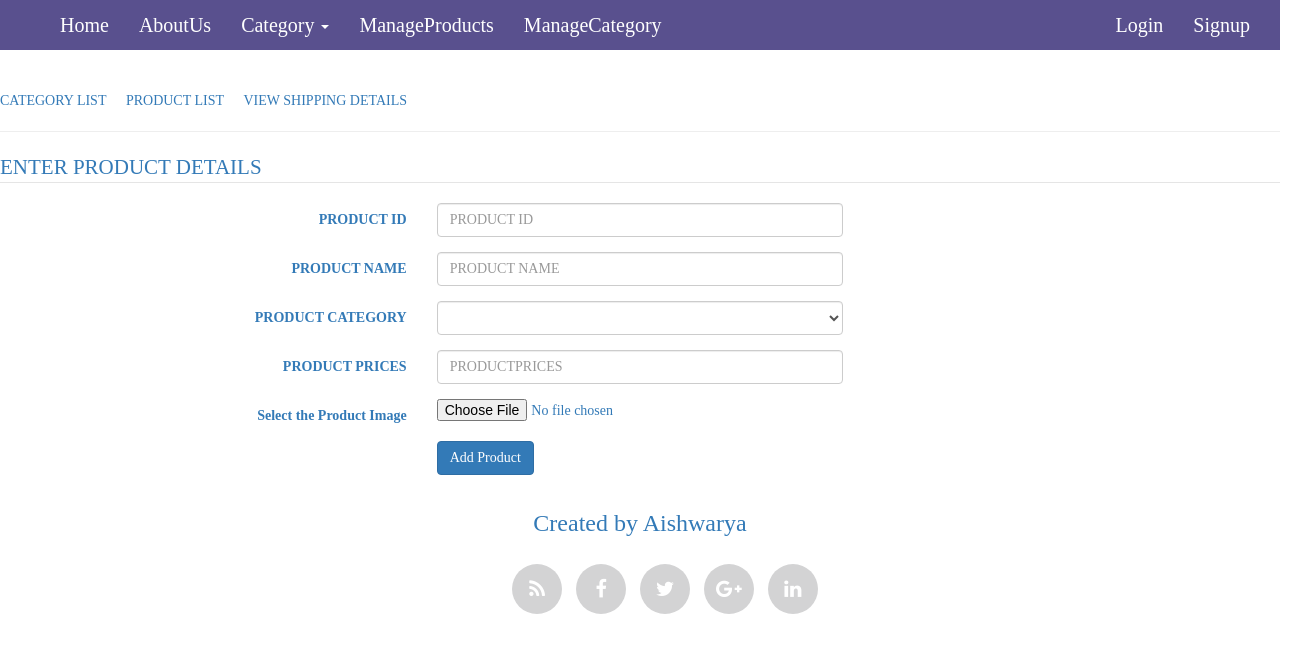
Repository: qwertuy/DTPROGRAMSPROJECTS
Page: http://localhost/Ecommerce/WEB-INF/views/Adding.jsp
An editor plug-in stored every save of this project. The page is shown before and after the next save, followed by the edit.
The browser window is 1280 px wide. The page is 1295 px wide, so the pictures cover 1295 px, including what lies to the right of the window. The pictures show the whole page.
Some web libraries are served in a nearby version. The page is served by Tomcat 9. Nobody is signed in. The template is opened directly, without the code that normally fills it, so the values that code supplies are empty.

Above is the page before, as saved 2018-03-18 11:52:25.
Console error: SyntaxError: Unexpected token '{'

After the next save:
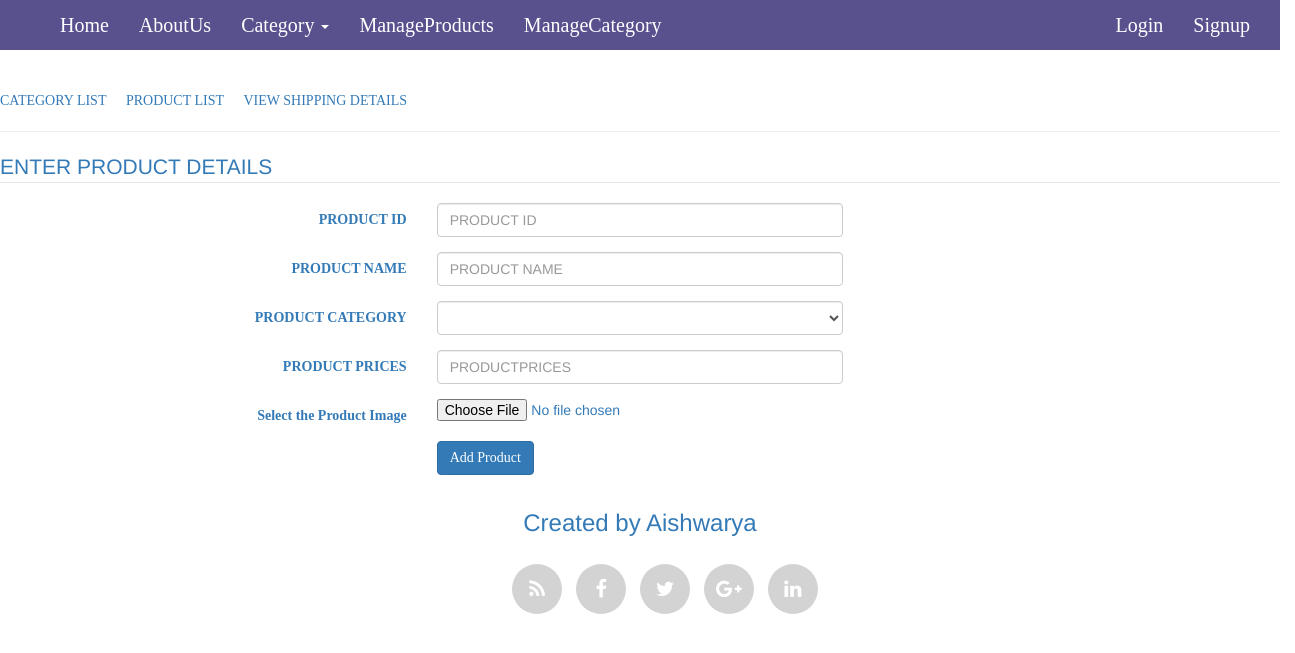
Saved 48 s later.
--- a/Ecommerce/src/main/webapp/WEB-INF/views/Adding.jsp
+++ b/Ecommerce/src/main/webapp/WEB-INF/views/Adding.jsp
@@ -30,12 +30,12 @@
 <fieldset>
 
 <!-- Form Name -->
-<legend><a href="" style="font-family:Aharoni">ENTER PRODUCT DETAILS</legend>
+<legend><a href="" style="colour:black''font-family:Aharoni">ENTER PRODUCT DETAILS</legend>
 
 
 <!-- Text input-->
 <div class="form-group">
-  <label class="col-md-4 control-label" for="product_id"style="colour:black;font-family: Aharoni">PRODUCT ID</label>
+  <label class="col-md-4 control-label" for="product_id"style=";font-family: Aharoni">PRODUCT ID</label>
   <div class="col-md-4">
   <input id="product_id"  name="id" placeholder="PRODUCT ID" class="form-control input-md" required="" type="text">
 

After the save that followed:
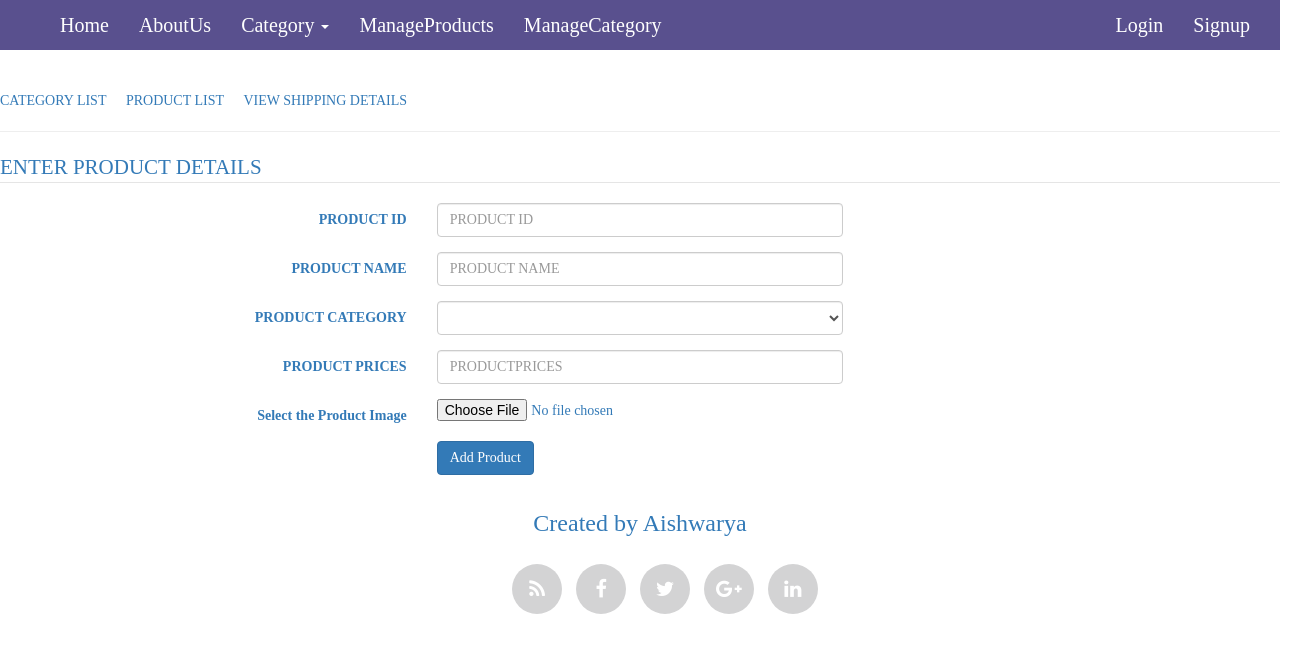
Saved 15 s later.
--- a/Ecommerce/src/main/webapp/WEB-INF/views/Adding.jsp
+++ b/Ecommerce/src/main/webapp/WEB-INF/views/Adding.jsp
@@ -30,7 +30,7 @@
 <fieldset>
 
 <!-- Form Name -->
-<legend><a href="" style="colour:black''font-family:Aharoni">ENTER PRODUCT DETAILS</legend>
+<legend><a href="" style="colour:black;font-family:Aharoni">ENTER PRODUCT DETAILS</legend>
 
 
 <!-- Text input-->
